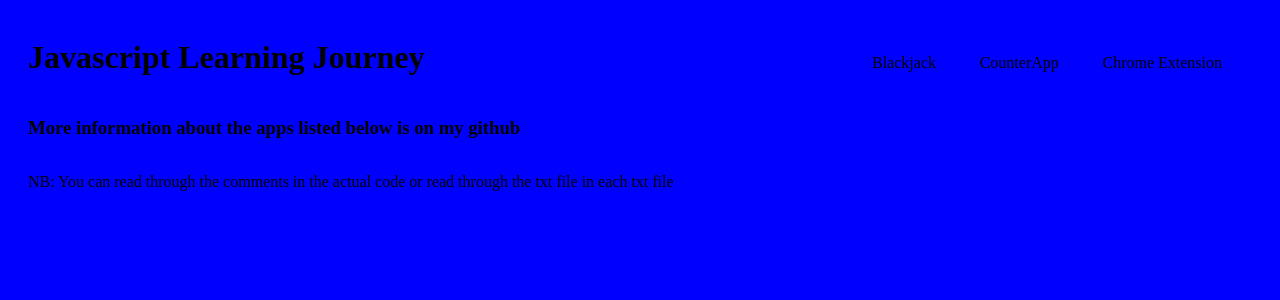
Repository: Siphamandla201/Javascript-Journey
Page: index.html
The author's editor kept a copy of each file at every save. The page is drawn from the files as they stood at one save, then again after the next save.
The browser window is 1280 px wide. The pictures show the whole page.

Above is the page before, as saved 2023-07-27 16:25:37.

After the next save:
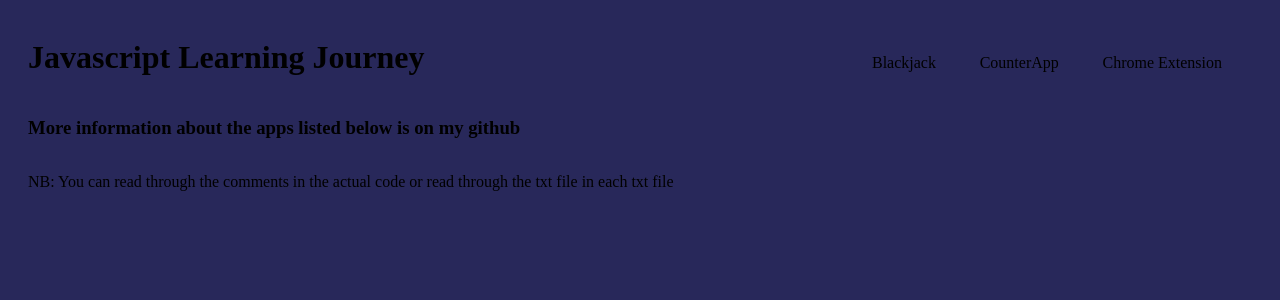
Saved 7 s later.
--- a/style.css
+++ b/style.css
@@ -4,7 +4,7 @@ body {
     padding: 20px;
     padding-top: 10px;
     padding-right: 50px;
-    background: blue;
+    background: rgb(40, 40, 90);
 }
 
 div {
